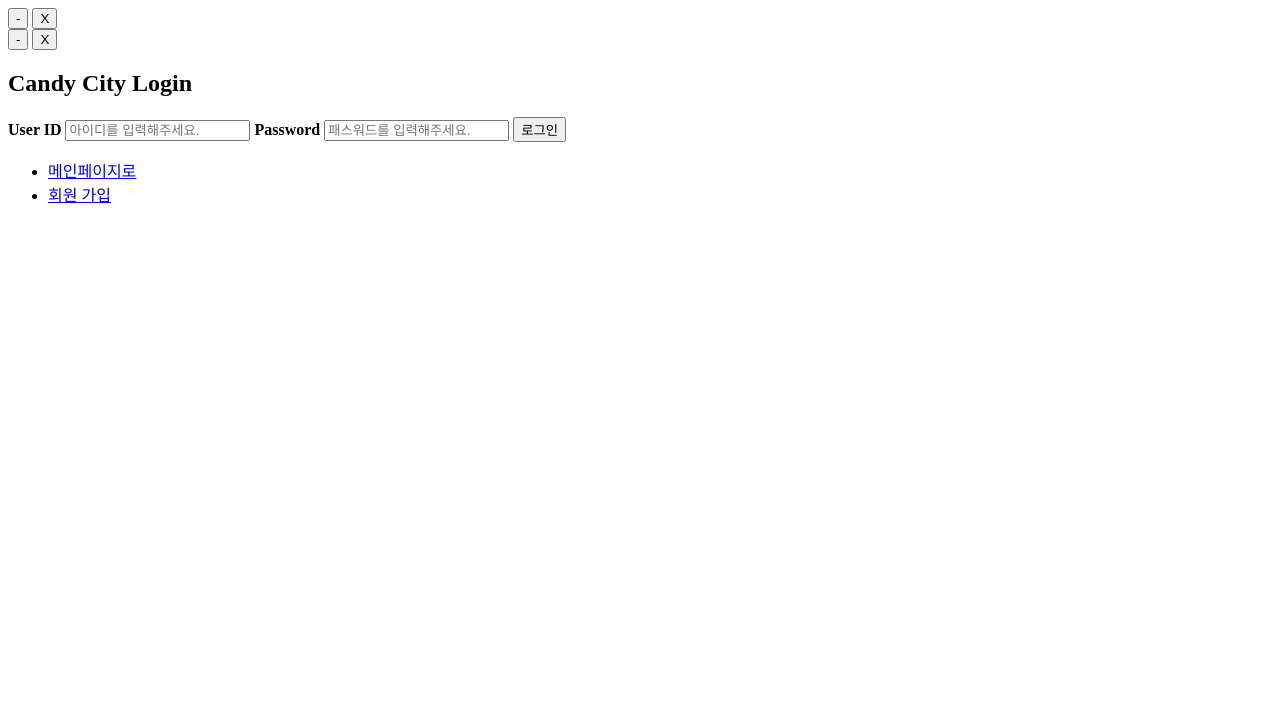
Repository: chanbiM/candyCityProject
Page: http://localhost/CandyCityProj/member/insertMember.jsp
These files come from the project's save history. The page is drawn as it stood at one moment and after the next save; the edit follows.
The browser window is 1280 px wide. The pictures show the whole page.
Some web fonts or font styles are not loaded; a fallback is used. The page is served by Tomcat 9. Other server files are loaded and not shown.

Above is the page before, as saved 2022-11-11 05:02:12.

### CandyCityProj/WebContent/member/insertMember.jsp
<%@ page language="java" contentType="text/html; charset=UTF-8"
    pageEncoding="UTF-8"%>
<!DOCTYPE html>
<html>
<head>
<meta charset="UTF-8">
<title>회원가입</title>
</head>
<body>
	<div class="window">
		<button class="widow_btn" id="-_btn">-</button>
		<button class="widow_btn" id="x_btn">X</button>
	</div>
	<div class="wrapper">

		<div class="login">
			<div class="window">
				<button class="widow_btn" id="-_btn">-</button>
				<button class="widow_btn" id="x_btn">X</button>
			</div>

			<form action="/login" method="get" id="loginForm">

				<h2>Candy City Login</h2>

				<div class="login_center">
					<label><b>User ID</b></label> <input type="text"
						placeholder="아이디를 입력해주세요." name="id">

					<label><b>Password</b> <input type="password"
						placeholder="패스워드를 입력해주세요." name="pwd"></label>
					<input type="submit" value="로그인">

					<ul>
						<li><a href="../index.jsp"> 메인페이지로 </a></li>
						<li><a href="#"> 회원 가입 </a></li>
					</ul>
				</div>
			</form>
		</div>
</body>
</html>

### CandyCityProj/WebContent/css/mainStyle.css
@font-face {
    font-family: 'DungGeunMo';
    src: url('https://cdn.jsdelivr.net/gh/projectnoonnu/noonfonts_six@1.2/DungGeunMo.woff') format('woff');
    font-weight: normal;
    font-style: normal;
}
* {
    margin: 0;
    padding: 0;
    list-style: none;
    text-decoration: none;
    color: rgb(19, 0, 1);
    font-family: 'DungGeunMo';
    color: #8e0047;
    -ms-user-select: none;
   -moz-user-select: -moz-none;
   -khtml-user-select: none;
   -webkit-user-select: none;
   user-select: none;
}

.wrapper {
    width: 1280px;
    min-height: 1100px;
    margin: 0 auto;
    background-color: rgb(255, 215, 230);
}

.window {
    width: 100%;
    height: 30px;
    display: flex;
    justify-content: flex-end;
    background-color: #FF72B7;
    align-items: center;
}
.widow_btn {
    width: 25px;
    height: 25px;
    margin: 5px;
    color: #580e32;
    font-weight: bold;
    font-size: 20px;
    background-color: rgb(255, 215, 230);
    border: 3px solid #ce528e;
}

.widow_btn:hover {
    background-color: rgb(203, 164, 178);
    border: 3px solid #953c67;
    cursor: pointer;
    text-align: center;
}

.logo > a {
    display: flex;
}

.logo > a > img {
    width: 150px;
    height: 120px;
    margin: 50px;
    margin-top: 15px;
}

header {
    width: 100%;
    height: 150px;
    display: flex;
    justify-content: space-between;
}

.minimenu {
    width: 1000px;
    display: flex;
    font-size: 17px;
    align-items: center;
    margin-right: 50px;
    justify-content: flex-end;
}

.minimenu ul{
    display: flex;
}

.minimenu ul li {
    margin: 10px;
}

.minimenu ul li:hover {
    font-weight: bold;
}

/*.minimenu ul {
    width: 100%;
    display: flex;
    justify-content: space-evenly;
}*/

.minimenu ul li a{
	color: #c95899;
}

.mainmenu {
    /* 메뉴 요소 4개 가로정렬 */
    width: 1280px;
    display: flex;

    /* 중앙정렬 */
    text-align: center;
    align-items: center;
    justify-content: center;

    background-color: #FF72B7;
    border-top: 2px #8e0047 solid;
    border-bottom: 2px #8e0047 solid;
    position:relative;

}

.mainmenu li {
    width: 20%;
    height: 50px;
}

.mainmenu a {
    display: flex;
    justify-content: center;
    align-items: center;
    width: 100%;
    height: 100%;
    font-size: 18px;
    font-weight: 600;

    /* 하이라이팅 줄때 애니메이션을 줄 시간과 속성들 */
    transition: background-color 1s, color 1s;
}
/* :hover -> 마우스를 위에 올려 놓을때 적용할 스타일*/
.mainmenu a:hover {
    background-color: #aa4a78;
    color: white;
}


.mainmenu .submenu {
    /* 부모의 면적 + 다른 요소에 영향을 주지 않음 -> 다른 요소에 독립적*/
    position: absolute;
    /* 맨 앞으로 가져오기*/
    z-index: 100;
	width: 20%;

    background-color: #FF72B7;
    color: white;

    /* 기본적으로는 가려짐. 나중에 js로 호버될때 해제되도록 해줄 것 */
    display: none;
}

.submenu li {
    width: 100%;
}
.submenu a:hover {
    background-color: rgb(254, 207, 228);
    color: rgb(70, 19, 30);
}

#slide {
    width: 100%;
    height: 300px;
    position: relative;
    overflow: hidden;
}
#slide>ul>li>a>img {
    position: absolute;
    width: 100%;
    top: 0;
    left: -100%;
    opacity: 0;
}

#slide >ul>li>a>img:first-child {
    left: 0;
    opacity: 1;
}

#slide ul {
    /* 다른 요소에 관여받지 않고 #slide 기준으로 움직이도록*/
    position: absolute;
    top: 0;
    left: 0;

    width: 100%;


}

/* 섹션 */

section {
    display: flex;
    height: 350px;
    overflow: hidden;
    margin: 20px;
}

section > div {
    flex: 1;
    max-width: 50%;

    padding: 10px;
}

/* 컨텐츠 탭 */
.tab {
    display: flex;
}

/* 활성화 된 탭 추가 효과 */
.tab .active {
    background-color: #FF72B7;
}
.tab .active a{
    color: white;
}


.tab div {
    padding: 7px;
    border: 1px solid #800040;
    /* content, tab이 보더가 곂치므로 한쪽 없애주기 */
    border-bottom: none;
}

#content_container .content {
    padding: 7px;
    border: 1px solid #800040;

    /* 일정 크기 이상으로 글자가 나오는걸 방지 */
    max-width: 600px;
    height: 200px;
}

/* 각 요소들의 글자가 넘쳐날 경우 .... 처리*/
#post li {
    overflow: hidden;
    text-overflow:ellipsis;
    white-space: nowrap;
    line-height: 25px;


    border-bottom: 1px solid #800040;
}

/* 갤러리 */
/* 기본적으로 활성화 된게 공지사항이므로 갤러리 컨텐츠는 가리기 */
#event {
    display: none;
}

#event li{
    overflow: hidden;
    text-overflow:ellipsis;
    white-space: nowrap;
    line-height: 25px;


    border-bottom: 1px solid #800040;
}

#ranking {
	margin-top: 2px;
}
#ranking ul, #ranking li{
    width: 95%;
}

#ranking ul {
	border: 2px solid #800040;

	padding: 10px;
	height: 195px;


}
#ranking li {
    /* 버튼별 간격 */
    margin-bottom: 15px;
    width: 96%;


    /* 버튼 내부 간격 */
    padding: 7px;
    text-align: center;
    background-color: #e366b1;
    text-align: left;
    color: #8e0047;
}

#ranking h4 {
	background-color: #FF72B7;
	color: white;

	font-weight: normal;
	border: 2px solid #800040;
	width: 130px;
	padding: 5px;
	overflow: hidden;
	text-align: center;
	border-bottom: none;
}
#ranking a {
    color: white;
    margin-left: 5px;
}

/* 푸터 */

footer {
    /* 가로 정렬 */
    display: flex;

    /* 3가지 요소들 가로 간격 */
    justify-content: space-between;
    /* 세로 중앙 정렬*/
    align-items: center;

    width: 100%;
    height: 100px;
    margin: 30px;
}

.sns {
    display: flex;
    margin-right: 70px;
}

/* sns 아이콘별 간격 */
.sns li {
    margin-left: 10px;
}

footer img {
    width: 30px;
}


.copyright {
	font-size: 20px;
}

.info {
	width: 100%;
	margin-left: 20px;
	height: 700px;
}

.infoText {
	width: 300px;
	height: 30px;
	font-size: 23px;
	border: 0px;
	background-color: #ffeaf3;
	text-align: center;
}

.info th {
	width: 250px;
	margin: 5px;
	font-size: 30px;
}

.info td {
	width: 300px;
	margin: 10px;
	font-size: 25px;
	text-align: center;
}

.updatebtn {
	border: 0px;
	background-color: rgb(255, 215, 230);
	font-size: 25px;

}

input:focus {outline: none;}

hr {
	margin: 30px;
	width: 90%;
	margin: auto;

	height : 1px;
    border: 0;
	background-color : #811b4e;

}

h2 {
	margin: 30px;
}

/* 팝업의 배경 */
.popup_back {
    /* 기본적으로 가려짐 */
    display: none;

    /* 사이트 내용의 면적을 무시하고 배치*/
    position: absolute;
    top: 0;
    left: 0;

    /* 창 전체 가로 세로 채우기*/
    width: 100%;
    height: 100%;

    /* 검정색 배경(0,0,0,)에서 0.8로 투명도 설정*/
    background: rgba(0,0,0,0.3);
    position: fixed;

}

/* 팝업 본체 */
.popup{
    position: relative;

    /* 팝업 창의 가로 세로*/
    width:500px;
    height:300px;

    /* 배경 면적의 top 50%, left 50% 위치로 이동 */
    top:50%;
    left:50%;
    /* 중앙 배치를 위해 팝업의 가로 세로의 절반 크기 만큼 옮기기*/
    margin-top: -100px;
    margin-left:-200px;

    background:#fff;
    padding: 20px;
}


/* 팝업 버튼 */
.popup_close {
    position: absolute;
    padding: 5px;

    /* 팝업의 아래쪽부터 20px, 오른쪽으로부터 20px */
    right: 20px;
    bottom: 20px;
    background-color: #FF72B7;
    border: 2px solid #ea0075;
}
.popup_close:hover {
	background-color: #f14b9a;
    border: 2px solid #aa0055;
    cursor: pointer;
}

.pwdUpdateBtn {
	position: absolute;
    padding: 5px;

    /* 팝업의 아래쪽부터 20px, 오른쪽으로부터 20px */
    right: 100px;
    bottom: 20px;
    background-color: #FF72B7;
    border: 2px solid #ea0075;
}

.pwdUpdateBtn:hover {
	background-color: #f14b9a;
    border: 2px solid #aa0055;
    cursor: pointer;
}

/* 팝업의 배경 */
.popup_back_del {
    /* 기본적으로 가려짐 */
    display: none;

    /* 사이트 내용의 면적을 무시하고 배치*/
    position: absolute;
    top: 0;
    left: 0;

    /* 창 전체 가로 세로 채우기*/
    width: 100%;
    height: 100%;

    /* 검정색 배경(0,0,0,)에서 0.8로 투명도 설정*/
    background: rgba(0,0,0,0.3);
    position: fixed;

}

/* 팝업 본체 */
.popup_del{
    position: relative;

    /* 팝업 창의 가로 세로*/
    width:500px;
    height:300px;

    /* 배경 면적의 top 50%, left 50% 위치로 이동 */
    top:50%;
    left:50%;
    /* 중앙 배치를 위해 팝업의 가로 세로의 절반 크기 만큼 옮기기*/
    margin-top: -100px;
    margin-left:-200px;

    background:#fff;
    padding: 20px;
}

### CandyCityProj/WebContent/css/loginStyle.css
@charset "UTF-8";

* {
	margin: 0 auto;
	padding: 0;
	box-sizing: border-box;
	color: #8e0047;
	text-decoration: none;
}

.wrapper {
	width: 1280px;
	text-align: center;
	display: flex;
  	justify-content: center;
 	align-items: center;
 	min-height: 100vh;
 	background-color: rgb(255, 215, 230);
}

body {
	width: 1280px;
}
.window {
	width: 100%;
}
h2 {
	margin: 50px 0;
	font-size: 35px;
}

Form {
	background-color: #fff0f8;
	padding: 10px;
	display: block;
	margin: 0 auto;

}

#signUpForm{
	width: 800px;
	height: 600px;
}

#loginForm {
	width: 800px;
	height: 500px;
}

.login_center {
	border: 2px solid #ff59ac;
	padding: 20px;
}

input[type=text], input[type=password], input[type=number]{
	width: 100%;
	padding: 12px 20px;
	margin: 8px 0;
	display: inline-block;
	border: 1px solid #a60053;
}

input[type=submit] {
	background-color: #ff5bad;
	color: #8e0047;
	padding: 14px 20px;
	margin: 15px 0;
	cursor: pointer;
	border: 0px;
	width: 100%;
	font-size: 15px;
}

input[type=submit]:hover {
	background-color: #8e0047;
	color: #fff;
}


input[type=reset] {
	background-color: #bcbcbc;
	color: #8e0047;
	padding: 14px 20px;
	margin: 8px 0;
	cursor: pointer;
	width: 100%;
}

a {
	font-size: 12px;
	color: #db97c7;
}

a:hover {
	font-weight: bold;
}

Form ul{
	display: flex;
	width: 400px;
    align-items: center;
}

After the next save:
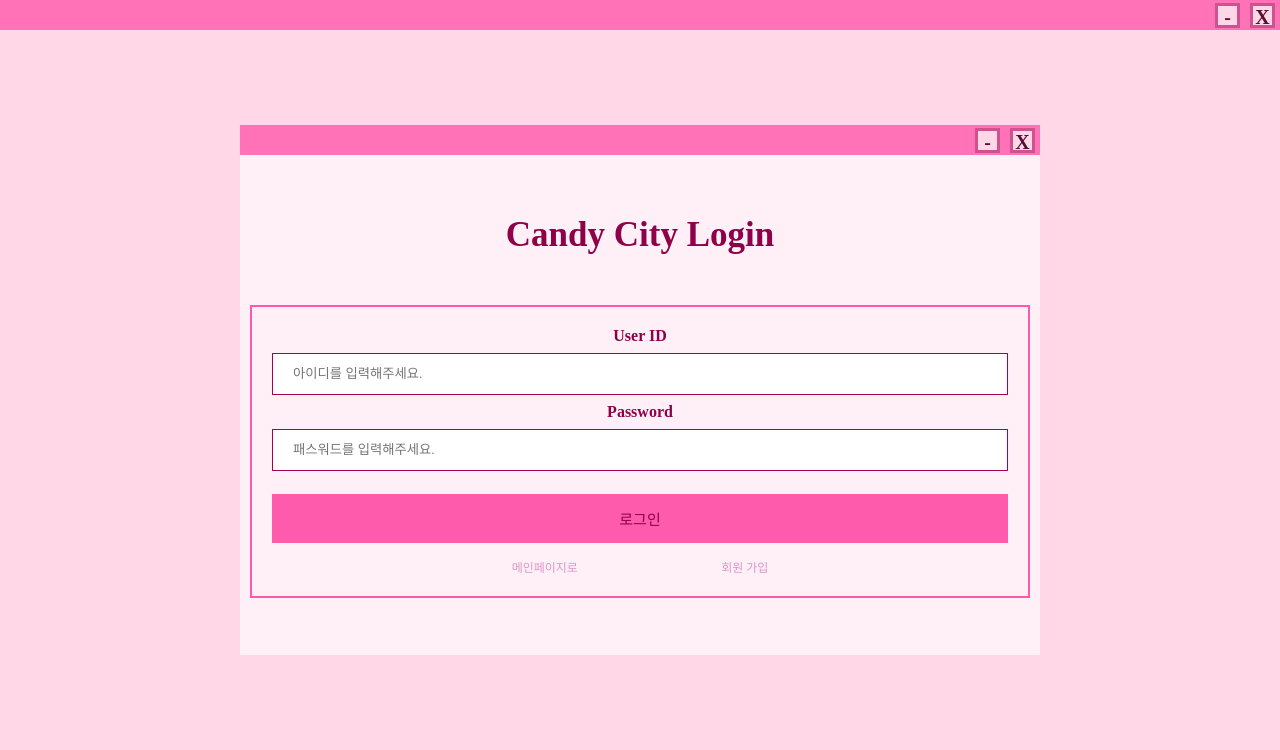
Saved 23 s later.
--- a/CandyCityProj/WebContent/member/insertMember.jsp
+++ b/CandyCityProj/WebContent/member/insertMember.jsp
@@ -5,6 +5,8 @@
 <head>
 <meta charset="UTF-8">
 <title>회원가입</title>
+<link rel="stylesheet" href="/css/mainStyle.css">
+<link rel="stylesheet" href="/css/loginStyle.css">
 </head>
 <body>
 	<div class="window">
